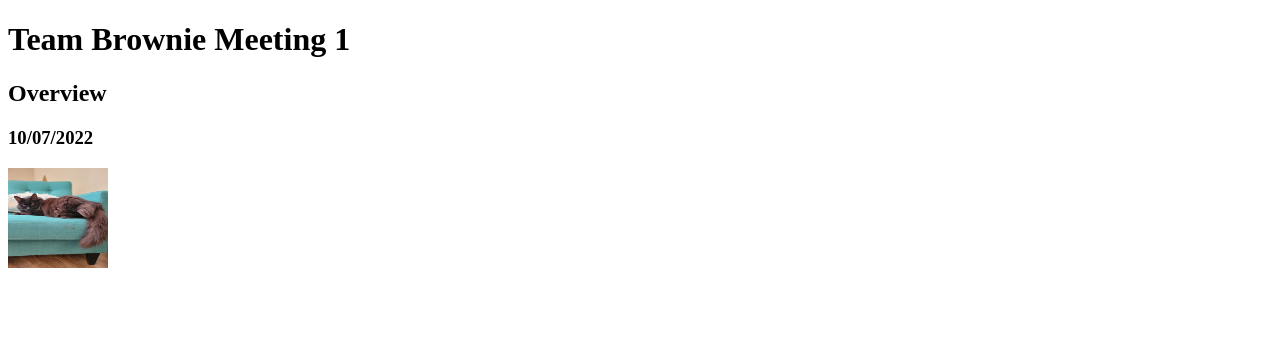
Repository: sarahtthomson/fa22-cse110-lab3
Page: index.html
These files come from the project's save history. The page is drawn as it stood at one moment and after the next save; the edit follows.
The browser window is 1280 px wide. The pictures show the whole page.

Above is the page before, as saved 2022-10-07 14:15:50.

After the next save:
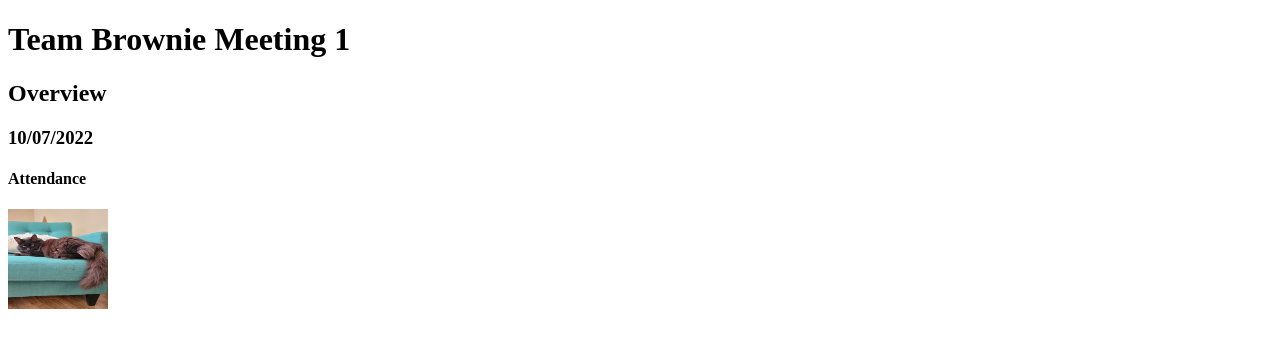
Saved 98 s later.
--- a/index.html
+++ b/index.html
@@ -11,6 +11,9 @@
             <h2>Overview</h2>
             <h3>10/07/2022</h3>
         </header>
+        <main>
+            <h4>Attendance</h4>
+        </main>
         <img height="100" width="100" src="/cat.jpg">
     </body>
 </html>
